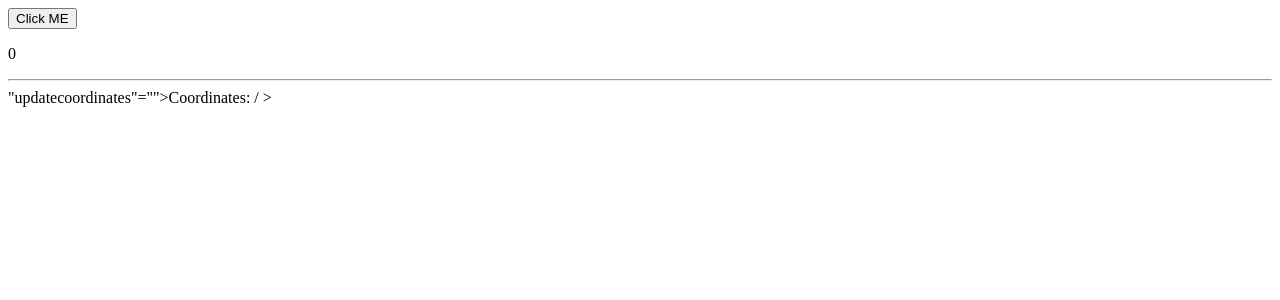
Repository: Samtrapskin/Time-to-learn-Vue.JS
Page: index.html
An editor plug-in stored every save of this project. The page is shown before and after the next save, followed by the edit.
The browser window is 1280 px wide. The pictures show the whole page.
Some web libraries are served in a nearby version.

Above is the page before, as saved 2018-06-29 12:57:52.

After the next save:
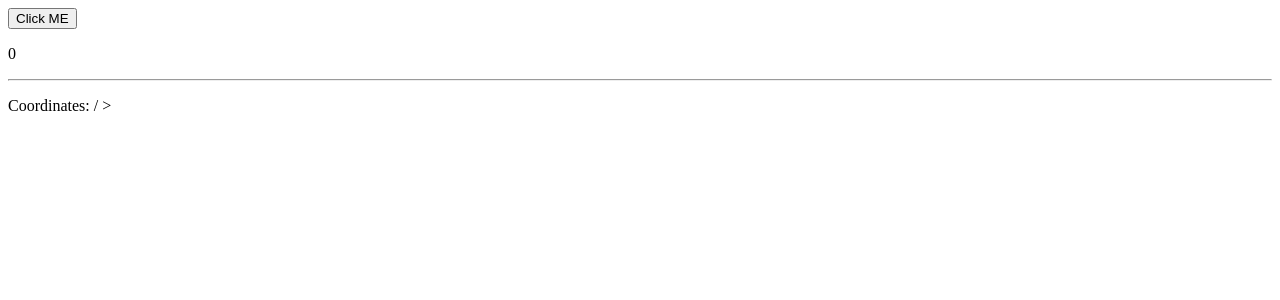
Saved 69 s later.
--- a/index.html
+++ b/index.html
@@ -19,7 +19,7 @@
             {{ counter}}
         </p>
         <hr>
-        <p v-on mousemove:"updateCoordinates">Coordinates: {{ x }} / {{y}}></p>
+        <p v-on mousemove="updateCoordinates">Coordinates: {{ x }} / {{y}}></p>
     </div>
 
     <!-- ///////LOGIC//////// -->
